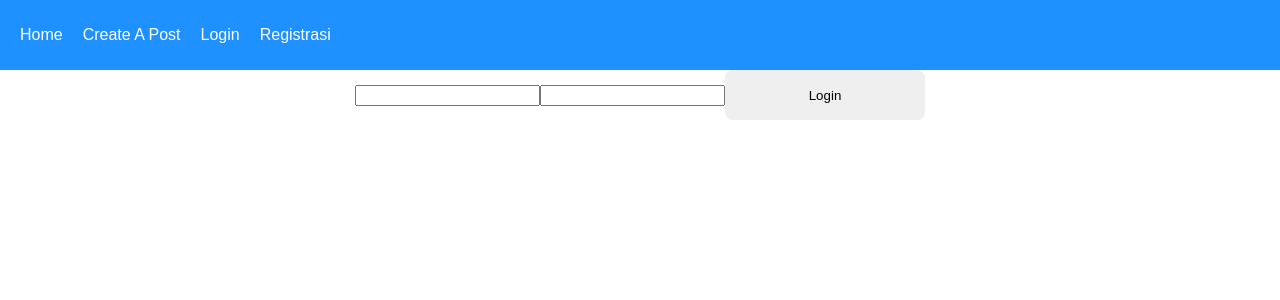
Repository: skipzenni/fullstack_react_training
Page: / (app in client/)
An editor plug-in stored every save of this project. The page is shown before and after a run of saves, followed by the edit.
The browser window is 1280 px wide. The pictures show the whole page.
The page's requests for data from a server got no answer. The project was rebuilt for these pictures with package versions that can differ from the ones it lists, and the page was loaded fresh each time. No one was signed in, and anything a server would have sent is missing. Also part of the build but not shown: client/src/pages/CreatePost.js, client/src/pages/Post.js, client/src/pages/Registrasi.js, client/src/pages/PageNotFound.js.

Above is the page before, as saved 2023-06-20 00:54:42.

After the next 3 saves:
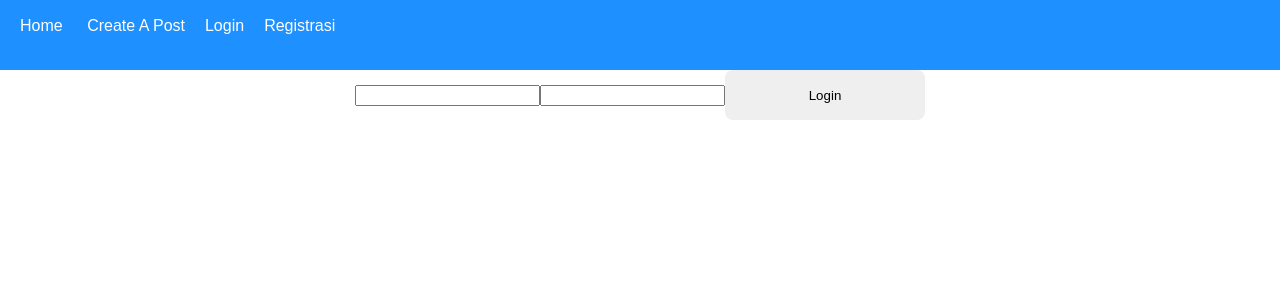
The 3 saves are shown as one change because 1 did not build or start and some came seconds apart.
The last was saved 23 s later.
--- a/client/src/App.js
+++ b/client/src/App.js
@@ -44,7 +44,7 @@ function App() {
       <AuthContext.Provider value={{ authState, setAuthState }}>
         <Router>
           <div className="navbar">
-            <div className="link"></div>
+            <div className="link">
             <Link to="/">Home</Link>
             <Link to="/createpost"> Create A Post</Link>
             {!authState.status ? (
@@ -57,6 +57,7 @@ function App() {
             )
             }
             <h3>{authState.username}</h3>
+            </div>
           </div>
           <Routes>
             <Route path="/" exact Component={Home} />
